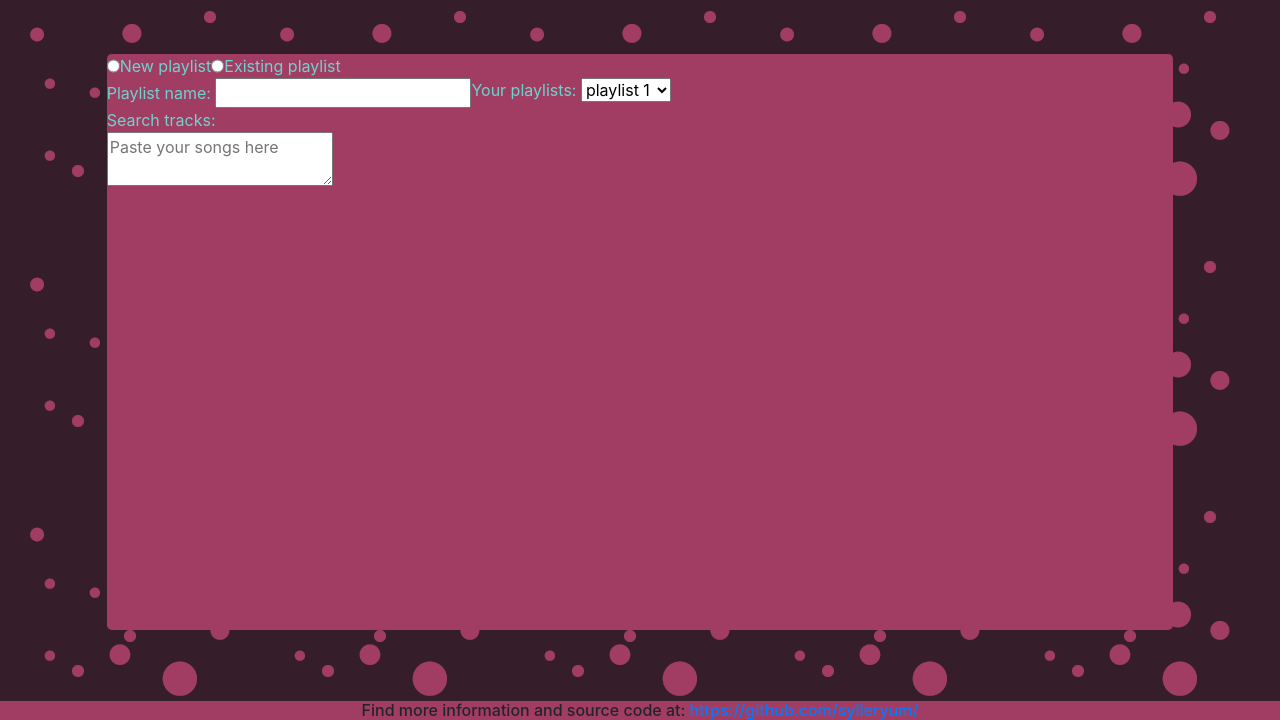
Repository: sylleryum/Frontend
Page: GetTopTracks/index.html
The author's editor kept a copy of each file at every save. The page is drawn from the files as they stood at one save, then again after a run of saves.
The browser window is 1280 px wide. The pictures show the whole page.

Above is the page before, as saved 2019-10-13 15:59:44.

After the next 3 saves:
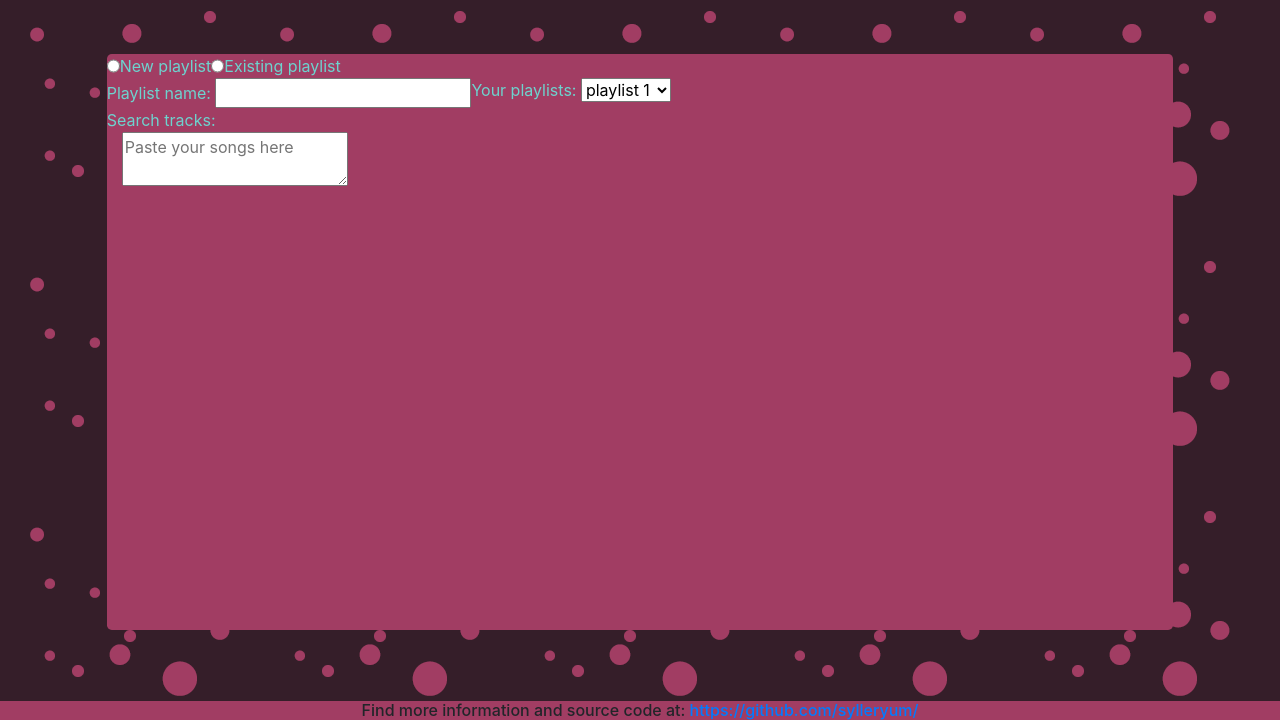
The 3 saves are shown as one change because they came seconds apart.
The last was saved 26 s later.
--- a/GetTopTracks/index.html
+++ b/GetTopTracks/index.html
@@ -49,8 +49,10 @@
                          Search tracks:
                     </div>
                     <div class="row main-textarea">
-                         <textarea class="textarea-search" id="searchName" name="searchName"
-                              placeholder="Paste your songs here"></textarea>
+                         <div class="col-6">
+                              <textarea class="textarea-search" id="searchName" name="searchName"
+                                   placeholder="Paste your songs here"></textarea>
+                         </div>
                     </div>
                     <div class="row"></div>
 
